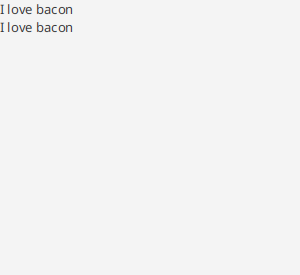
Repository: joegaBonito/JavaFX--JAVA-
Program's window: java 31,32,33 FXML/src/application/Main.java
These files come from the project's save history. The program's window is drawn as it stood at one moment and after the next save; the edit follows.
It runs on Java 21 on a 1366 x 768 screen with JavaFX 11; the title bar is not drawn.

Above is the program's window before, as saved 2016-02-15 04:56:39.

### 31,32,33 FXML/src/application/Main.java
package application;

import javafx.application.Application;
import javafx.fxml.FXMLLoader;
import javafx.scene.Parent;
import javafx.scene.Scene;
import javafx.scene.layout.BorderPane;
import javafx.stage.Stage;


public class Main extends Application {
	public static void main(String[] args) {
		launch(args);
	}
	@Override
	public void start(Stage primaryStage) {
		try {
			Parent root = FXMLLoader.load(getClass().getResource("sample.fxml"));
			primaryStage.setTitle("Hello World");
			primaryStage.setScene(new Scene(root,300,275));
			primaryStage.show();
		} catch(Exception e) {
	 		e.printStackTrace();
		}
	}
}

### 31,32,33 FXML/src/application/Controller.java
package application;

import java.net.URL;
import java.util.ResourceBundle;

import javafx.fxml.Initializable;
import javafx.scene.control.Label;

public class Controller implements Initializable {

	public Label firstLabel;

	@Override
	public void initialize(URL location, ResourceBundle resources) {
			System.out.println("Loading User data...");
	}
	/*
	public Button button;

	public void handleButtonClick() {
		System.out.println("Run some code the user doesn't see");
		button.setText("Stop Touching ME!");
	}
	*/

}

### 31,32,33 FXML/src/application/sample.fxml
<?xml version="1.0" encoding="UTF-8"?>
<?import javafx.scene.control.*?>
<?import javafx.scene.layout.*?>

<VBox prefHeight="400.0" prefWidth="600.0" xmlns="http://javafx.com/javafx/8" xmlns:fx="http://javafx.com/fxml"
      fx:controller="application.Controller">

    <Label text="I love bacon" fx:id="firstLabel"/>
    <Label text="${firstLabel.text}"/>

    <!--  <Button text="Submit" fx:id="button" onAction="#handleButtonClick"/> -->

</VBox>

After the next save:
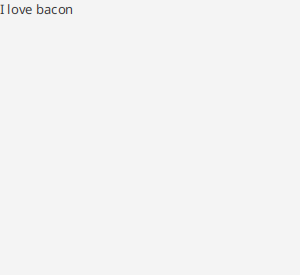
Saved 29 s later.
--- a/31,32,33 FXML/src/application/sample.fxml
+++ b/31,32,33 FXML/src/application/sample.fxml
@@ -6,8 +6,7 @@
       fx:controller="application.Controller">
 
     <Label text="I love bacon" fx:id="firstLabel"/>
-    <Label text="${firstLabel.text}"/>
-
+  	<!--  <Label text="${firstLabel.text}"/> -->
     <!--  <Button text="Submit" fx:id="button" onAction="#handleButtonClick"/> -->
 
 </VBox>
